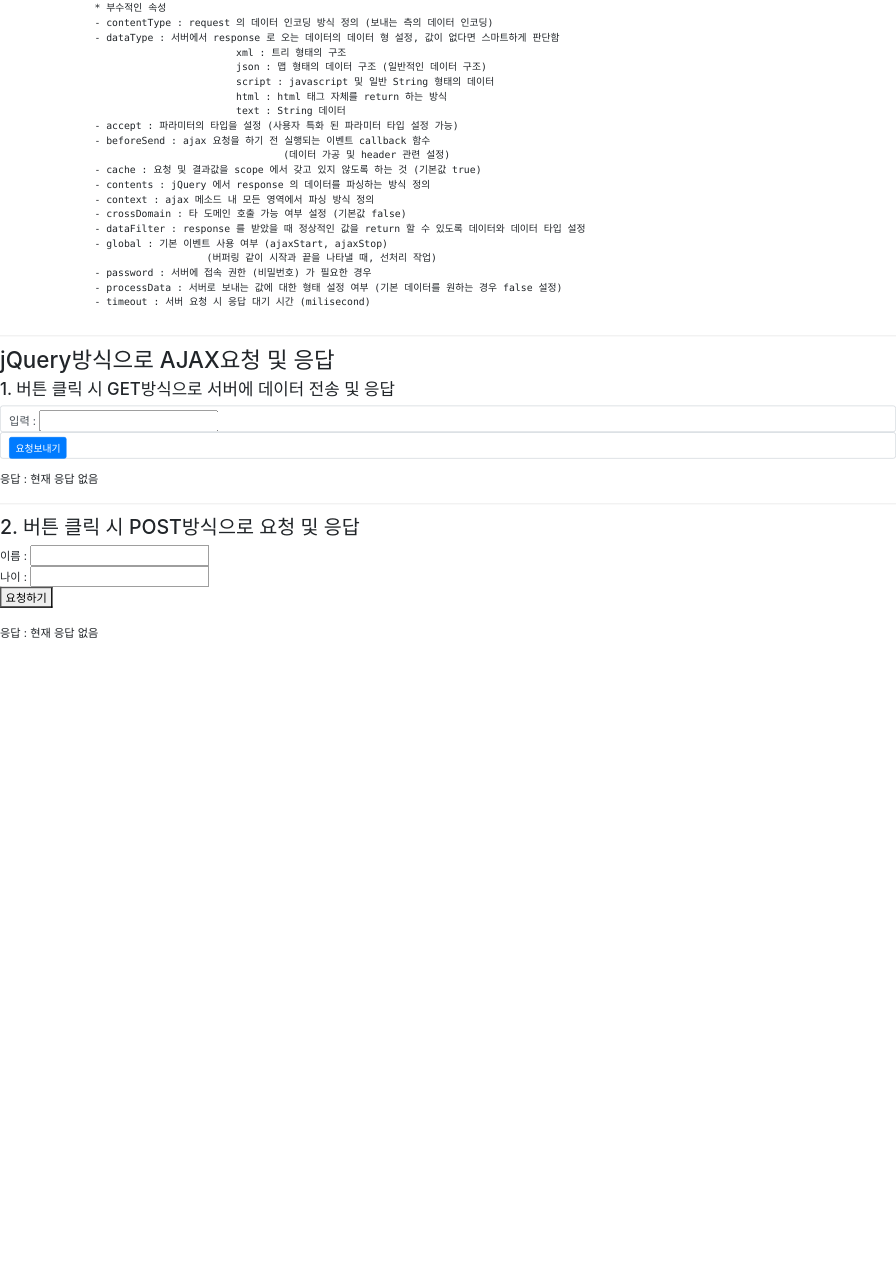
Repository: Hyunbin1111/practice
Page: http://localhost/MyBatisProject/study
The author's editor kept a copy of each file at every save. The page is drawn from the files as they stood at one save, then again after the next save.
The browser window is 1280 px wide. The pictures show the part of the page from y = 1016 to 2936 px (the page is 2852 px tall before and 2947 px after), at 70% of full size.
The page is served by Tomcat 9. Other server files are loaded and not shown.

Above is the page before, as saved 2024-12-09 05:45:32.

### web-workspace2/MyBatisProject/src/main/webapp/WEB-INF/views/ajax/study.jsp
<%@ page language="java" contentType="text/html; charset=UTF-8"
    pageEncoding="UTF-8"%>
<%@ taglib prefix="c" uri="http://java.sun.com/jstl/core" %>

<!DOCTYPE html>
<html>
<head>
<meta charset="UTF-8">
<title>Insert title here</title>
</head>
<body>
  <script src="https://ajax.googleapis.com/ajax/libs/jquery/3.7.1/jquery.min.js"></script>
  <link rel="stylesheet" href="https://cdn.jsdelivr.net/npm/bootstrap@4.6.2/dist/css/bootstrap.min.css">
  <script src="https://cdn.jsdelivr.net/npm/popper.js@1.16.1/dist/umd/popper.min.js"></script>
  <script src="https://cdn.jsdelivr.net/npm/bootstrap@4.6.2/dist/js/bootstrap.bundle.min.js"></script>

	<h1>AJAX</h1>

	<pre>
		Asynchronous Javascript AND XML의 약자

		서버로부터 데이터를 가져와서 전체페이지를 다시 만들지 않고,
		일부만 로드해서 내용물만 바꿀 수 있는 기법

		참고로, 우리가 기존에 a태그를 이용해서 요청 / form태그를 이요한 요청은 동기식 요청
		=> 응답페이지가 돌아와야만 그 결과를 볼 수 있음 (== 페이지를 다시만듬)

		비동기식 요청을 보내기 위해서는 AJAX라는 기술이 필요함!

		* 동기식 / 비동기식 요청 차이
		- 동기식 : 요청 처리 후 응답 HTML데이터를 받아 화면에 렌더링 한 뒤에만 작업이 가능
				 만약 서버에서 응답페이지를 돌려주는 시간이 지연되면 무작정 기다려야 함
				 전체 화면이 리로드됨(새로고침, 페이지가 기본적으로 한 번 깜빡 거리면서 넘어감)

		- 비동기식 : 현재 페이지는 그대로 유지하면서 중간중간 추가적인 요청을 보낼 수 있음
				  요청을 보낸다고 해서 다른 페이지로 넘어가지 않음(현재 페이지가 그대로 유지)
				  요청을 보내놓고 그에 해당하는 응답이 돌아올때까지 다른 작업을 할 수 있음

		예) 아이디 중복체크 기능, 검색어 자동완성, 댓글



	</pre>

	<pre>
		* jQuery를 이용한 AJAX통신

		[ 표현법 ]
		$.ajax({
			속성명 : 값,
			속성명 : 값,
			속성명 : 값,
			...
		});

		* 주요속성
		- url	   : 요청할URL(필수로작성) => form태그의 action속성
		- type	   : 요청 전송방식(GET/POST... PUT, DELETE) => form태그의 method속성
		- data	   : 요청 시 전달값 ({키:밸류, 키:밸류}) form태그의 input요소에 입력할 값
		- success  : AJAX통신 성공 시 실행할 익명함수를 정의

		- error	   : AJAX통신 실패 시 실행할 익명함수를 정의
		- complete : AJX통신을 성공하든 실패하든 무조건 끝나면 실행할 익명함수를 정의
		- async    : 서버와의 비동기 처리방식 설정 여부(기본값 true)


		* 부수적인 속성
		- contentType : request 의 데이터 인코딩 방식 정의 (보내는 측의 데이터 인코딩)
		- dataType : 서버에서 response 로 오는 데이터의 데이터 형 설정, 값이 없다면 스마트하게 판단함
					xml : 트리 형태의 구조
					json : 맵 형태의 데이터 구조 (일반적인 데이터 구조)
					script : javascript 및 일반 String 형태의 데이터
					html : html 태그 자체를 return 하는 방식
					text : String 데이터
		- accept : 파라미터의 타입을 설정 (사용자 특화 된 파라미터 타입 설정 가능)
		- beforeSend : ajax 요청을 하기 전 실행되는 이벤트 callback 함수
		 				(데이터 가공 및 header 관련 설정)
		- cache : 요청 및 결과값을 scope 에서 갖고 있지 않도록 하는 것 (기본값 true)
		- contents : jQuery 에서 response 의 데이터를 파싱하는 방식 정의
		- context : ajax 메소드 내 모든 영역에서 파싱 방식 정의
		- crossDomain : 타 도메인 호출 가능 여부 설정 (기본값 false)
		- dataFilter : response 를 받았을 때 정상적인 값을 return 할 수 있도록 데이터와 데이터 타입 설정
		- global : 기본 이벤트 사용 여부 (ajaxStart, ajaxStop)
				   (버퍼링 같이 시작과 끝을 나타낼 때, 선처리 작업)
		- password : 서버에 접속 권한 (비밀번호) 가 필요한 경우
		- processData : 서버로 보내는 값에 대한 형태 설정 여부 (기본 데이터를 원하는 경우 false 설정)
		- timeout : 서버 요청 시 응답 대기 시간 (milisecond)
	</pre>



	<hr>

	<h2>jQuery방식으로 AJAX요청 및 응답</h2>
	<h4>1. 버튼 클릭 시 GET방식으로 서버에 데이터 전송 및 응답</h3>

	<div class="form-group">
		<div class="form-control">
			입력 : <input type="text" id="input1">
		</div>
		<div class="form-control">
			<button class="btn btn-sm btn-primary" id="ajax-btn">요청보내기</button>
		</div>
	</div>

	응답 : <label id="output1">현재 응답 없음</label>

	<script>
		// 버튼을 클릭하면
		$('#ajax-btn').click(function(){

			// 동기식 요청 : loaction.href = '요청URL?쿼리스트링';

			// 비동기식 요청
			$.ajax({
				url : 'ajax1.do',
				type : 'get',
				data : {
					value : $('#input1').val()
				},
				success : function(result){
					console.log('AJAX요청 성공 :');
					$("#output1").text(result);
				},
				error : function(){
					console.log('AJAX요청 실패 :');
				},
				complete : function(){
				}

			});



		});
	</script>

	<hr>

	<h3>2. 버튼 클릭 시 POST방식으로 요청 및 응답</h3>

	이름 : <input type="text" id="input2_1"/> <br/>
	나이 : <input type="number" id="input2_2" /> <br/>
	<button onclick="ajaxFunction()">요청하기</button>

	<br/><br/>
	응답 : <label id="output2">현재 응답 없음</label>

	<script>

		function ajaxFunction(){

			$.ajax({
				url : 'ajax2.do',
				type : 'post',
				data : {
					name : $('#input2_1').val(),
					age : $('#input2_2').val()
				},
				success : function(result){

					console.log(result);

					//console.log(['홍길동', 15]')

					// 자바스크립트에서 객체가 가지고 있는 속성값에 접근하는 방법은?
					// 객체명.속성명, 객체명['속성명']
					$('#output2').text(`이름 : \${result.name}, 나이 : \${result.age}`)
				},


			});

		}
	</script>


<br><br><br><br><br><br><br><br><br><br><br><br><br><br><br><br><br><br><br><br><br><br><br><br><br><br><br><br><br><br><br><br><br><br><br><br><br><br><br>
</body>
</html>

### web-workspace2/MyBatisProject/src/main/java/com/kh/ssuper/ajax/StudyForwardController.java
package com.kh.ssuper.ajax;

import java.io.IOException;
import javax.servlet.ServletException;
import javax.servlet.annotation.WebServlet;
import javax.servlet.http.HttpServlet;
import javax.servlet.http.HttpServletRequest;
import javax.servlet.http.HttpServletResponse;

@WebServlet("/study")
public class StudyForwardController extends HttpServlet {
	private static final long serialVersionUID = 1L;

    public StudyForwardController() {
        super();
    }

	protected void doGet(HttpServletRequest request, HttpServletResponse response) throws ServletException, IOException {

		request.getRequestDispatcher("/WEB-INF/views/ajax/study.jsp")
			   .forward(request, response);


	}

	protected void doPost(HttpServletRequest request, HttpServletResponse response) throws ServletException, IOException {
		doGet(request, response);
	}

}

After the next save:
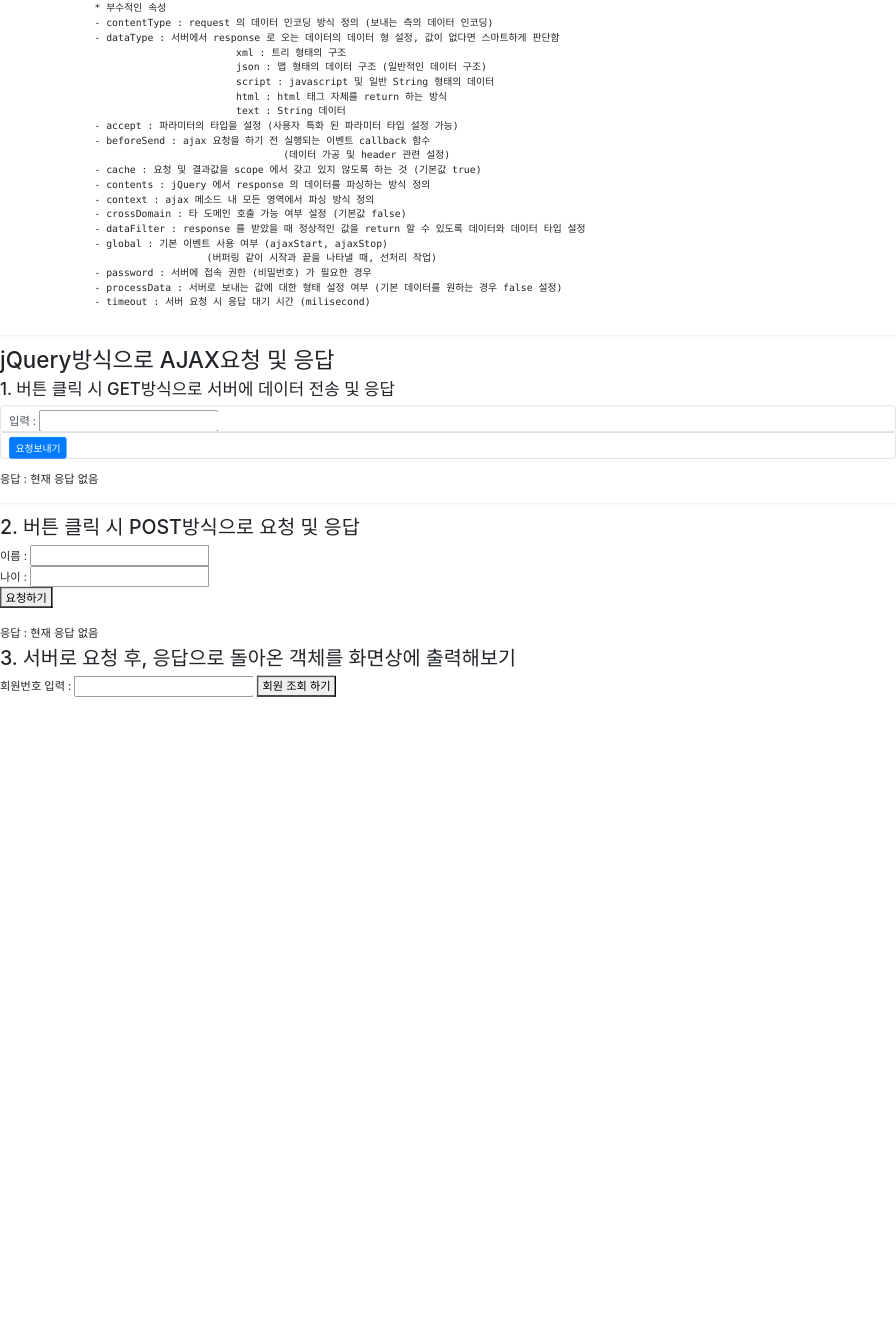
Saved 115 s later.
--- a/web-workspace2/MyBatisProject/src/main/webapp/WEB-INF/views/ajax/study.jsp
+++ b/web-workspace2/MyBatisProject/src/main/webapp/WEB-INF/views/ajax/study.jsp
@@ -175,6 +175,40 @@
 	</script>
 
 
+	<h3>3. 서버로 요청 후, 응답으로 돌아온 객체를 화면상에 출력해보기</h3>
+
+	회원번호 입력 : <input type="text" id="input3" />
+	<button id="findByUserNo">회원 조회 하기</button>
+
+	<div id="div-result"></div>
+
+	<script>
+
+		$('#findByUserNo').on('click', function(){
+
+			$('#input3').val();
+
+		});
+
+
+	</script>
+
+
+
+
+
+
+
+
+
+
+
+
+
+
+
+
+
 <br><br><br><br><br><br><br><br><br><br><br><br><br><br><br><br><br><br><br><br><br><br><br><br><br><br><br><br><br><br><br><br><br><br><br><br><br><br><br>
 </body>
 </html>
